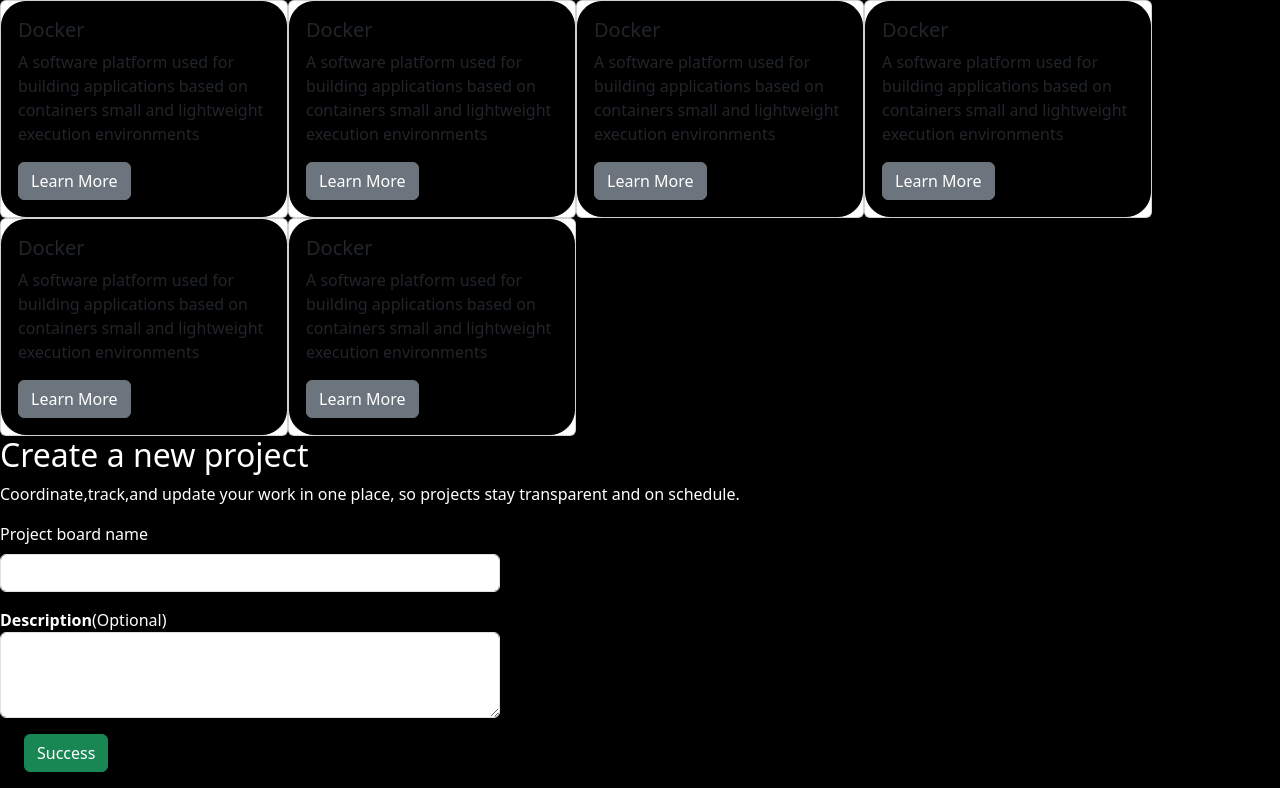
Repository: NSS-Evening-25-Cohort/e25-gitsub-control-alt-defeat
Page: index.html
An editor plug-in stored every save of this project. The page is shown before and after the next save, followed by the edit.
The browser window is 1280 px wide. The pictures show the whole page.

Above is the page before, as saved 2023-11-07 19:15:34.

### index.html
<!DOCTYPE html>
<html lang="en">
  <head>
    <meta charset="UTF-8" />
    <meta name="viewport" content="width=device-width, initial-scale=1.0" />
    <link
      rel="stylesheet"
      href="https://cdn.jsdelivr.net/npm/bootstrap@5.3.2/dist/css/bootstrap.min.css"
    />
    <link rel="stylesheet" href="main.css" />
    <title>Document</title>
  </head>
  <body>
    <div id="app2"></div>
    <div id="app1"></div>
    <script src="	https://cdn.jsdelivr.net/npm/bootstrap@5.3.2/dist/js/bootstrap.bundle.min.js"></script>
    <div class="packageHeader"><h2>Create a new project</h2>
      <p>Coordinate,track,and update your work in one place, so projects stay transparent and on schedule.</p>
    </div>

    <form>
        <div class="mb-3">
        <label for="exampleInputEmail1" class="form-label" id="boardName">Project board name</label>
        <input type="text" class="form-control" class="packageForm" id="projectBoardName" aria-describedby="emailHelp">
      </div>
      <div class="form-group mb-3">
        <label for="exampleFormControlTextarea1" id="descriptionName" class="packageForm"><B>Description</B>(Optional)</label>
        <textarea class="form-control" id="projectDescription" rows="3"></textarea>
      </div>
      </div>
      <div class="mb-3 form-check">
        <button type="submit" class="btn btn-success">Success</button>
    </form>

    <script src="main.js"></script>

  </body>
</html>

### main.css
body {
  background-color: black;
}

#app1{
  flex-wrap: wrap;
  display: flex;
}

.mb-3{
  width:500px;
  color: white;
}

.packageHeader{
  color:white;
}

.card-body{
  border: solid black 1px;
  border-radius: 25px;
  background-color:black;
}

### main.js
const packageCards =[
  {
    id: 1,
    name: "Docker",
    info: "A software platform used for building applications based on containers small and lightweight execution environments",
  },
  {
    id: 2,
    name: "Docker",
    info: "A software platform used for building applications based on containers small and lightweight execution environments"
  },
  {
    id: 3,
    name: "Docker",
    info: "A software platform used for building applications based on containers small and lightweight execution environments"
  },
  {
    id: 4,
    img: "image",
    name: "Docker",
    info: "A software platform used for building applications based on containers small and lightweight execution environments"
  },
  {
    id: 5,
    imageURL: "https://www.google.com/url?sa=i&url=https%3A%2F%2Fwww.creativebloq.com%2Fnews%2Ftwitter-logo-history&psig=AOvVaw3y8LYKl_CxiwL2W_oTsGUa&ust=1699413723681000&source=images&cd=vfe&ved=0CBEQjRxqFwoTCKD7mcz3sIIDFQAAAAAdAAAAABAE",
    name: "Docker",
    info: "A software platform used for building applications based on containers small and lightweight execution environments"
  },
  {
    id: 6,
    name: "Docker",
    info: "A software platform used for building applications based on containers small and lightweight execution environments"
  },
];

const app1 = document.querySelector("#app1");
const app2 = document.querySelector("#app2");

const renderToDom = (packageCards) =>{

  let domString = "";

  for(let card of packageCards){
    domString += `<div class="card" style="width: 18rem;">
    <div class="card-body">
      <h5>${card.name}</h5>
      <p class="card-text">${card.info}</p>
      <button type="button" class="btn btn-secondary">Learn More</button>
    </div>
  </div>`
  }
  const app1 = document.querySelector("#app1")
  app1.innerHTML = domString
}
renderToDom(packageCards)


const form = document.querySelector("form");

const createPackage = (event) =>{
  event.preventDefault();

  const newPackage = {
    id: packageCards.length +1,
    name: document.querySelector("#projectBoardName").value,
    info: document.querySelector("#projectDescription").value,
  }
  packageCards.push(newPackage);
  renderToDom(packageCards);
  form.reset();
}
form.addEventListener("submit", createPackage)

After the next save:
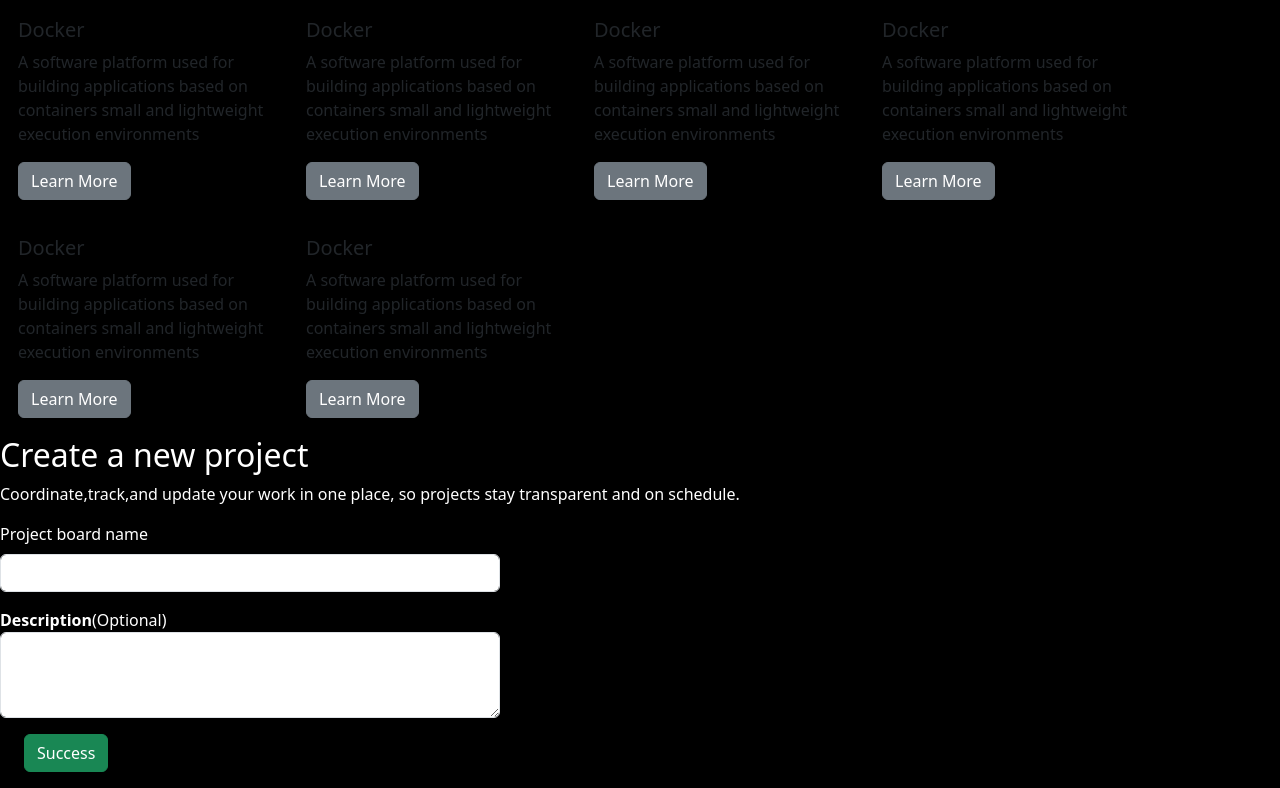
Saved 4 s later.
--- a/main.css
+++ b/main.css
@@ -21,3 +21,9 @@
   border-radius: 25px;
   background-color:black;
 }
+
+.card{
+  border: solid black 1px;
+  border-radius: 25px;
+  background-color:black;
+}
